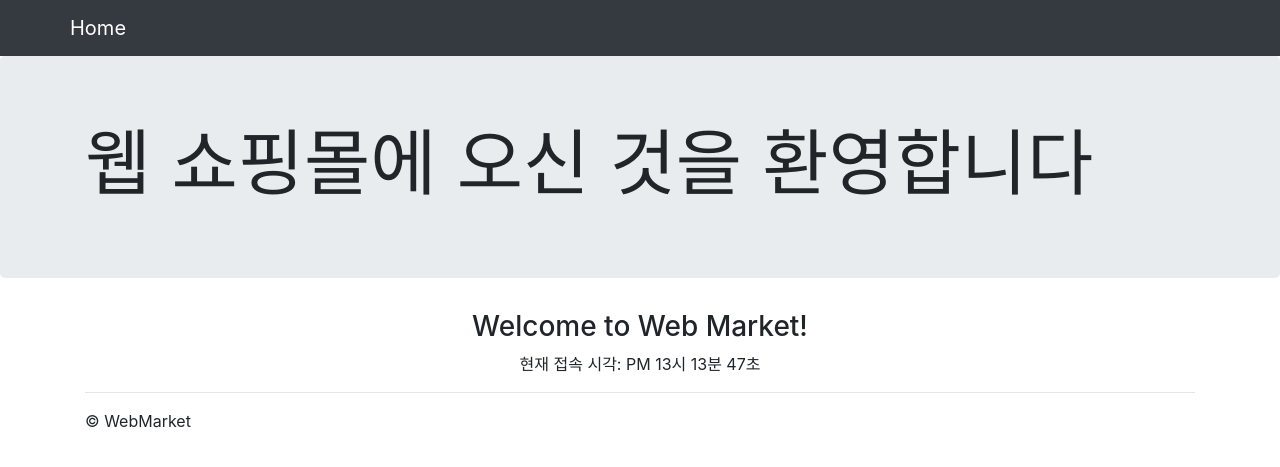
Repository: CheolHo-0428/JSP-Web-Programming
Page: http://localhost/WebMarket/welcome.jsp
An editor plug-in stored every save of this project. The page is shown before and after the next save, followed by the edit.
The browser window is 1280 px wide. The pictures show the whole page.
The page is served by Tomcat 9. Other server files are loaded and not shown.

Above is the page before, as saved 2021-05-08 06:55:42.

### WebMarket/src/main/webapp/welcome.jsp
<%@ page language="java" contentType="text/html; charset=UTF-8"
    pageEncoding="UTF-8"%>
<%@ page import="java.util.Date" %>
<!DOCTYPE html>
<html>
<head>
<meta charset="UTF-8">
<title>Welcome</title>
</head>
<!-- Bootstrap CSS -->
    <link href="https://maxcdn.bootstrapcdn.com/bootstrap/4.0.0/css/bootstrap.min.css"
    	rel="stylesheet">
<body>
	<nav class="navbar navbar-expand navbar-dark bg-dark">
		<div class="container">
			<div class = "navbar-header">
				<a class = "navbar-brand" href="./welcome.jsp">Home</a>
			</div>
		</div>
	</nav>
	<%
		String greeting = "웹 쇼핑몰에 오신 것을 환영합니다";
		String tagline = "Welcome to Web Market!";
	%>
	<div class = "jumbotron">
		<div class = "container">
			<h1 class = "display-3">
					<%= greeting %>
			</h1>
		</div>
	</div>
	<div class = "container">
		<div class = "text-center">
			<h3><%= tagline %></h3>
			<p>
				<%
					Date day = new Date();
					String am_pm;
					int hour = day.getHours();
					int minute = day.getHours();
					int second = day.getSeconds();
					if(hour == 12){
						am_pm = "AM";
					} else {
						am_pm = "PM";
					}

					String CT = am_pm + " " + hour + "시 " + minute + "분 " + second + "초";

					out.println("현재 접속 시각: " + CT +"\n");
				%>
			</p>
		</div>
		<hr>
	</div>
	<footer class = "container">
		<p>&copy; WebMarket</p>
	</footer>

</body>
</html>

After the next save:
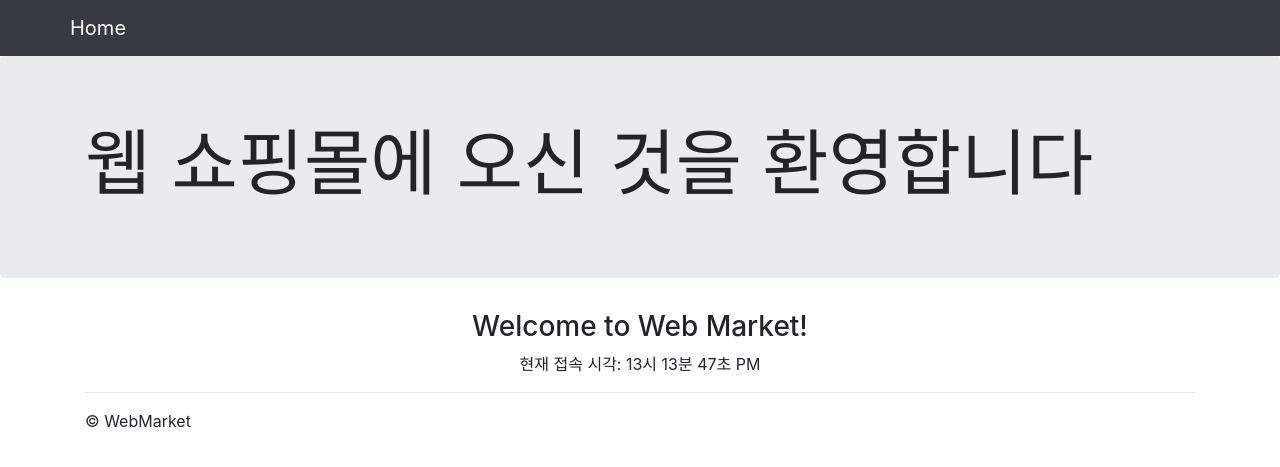
Saved 35 s later.
--- a/WebMarket/src/main/webapp/welcome.jsp
+++ b/WebMarket/src/main/webapp/welcome.jsp
@@ -45,7 +45,7 @@
 						am_pm = "PM";
 					}
 
-					String CT = am_pm + " " + hour + "시 " + minute + "분 " + second + "초";
+					String CT = hour + "시 " + minute + "분 " + second + "초 " + am_pm;
 
 					out.println("현재 접속 시각: " + CT +"\n");
 				%>
